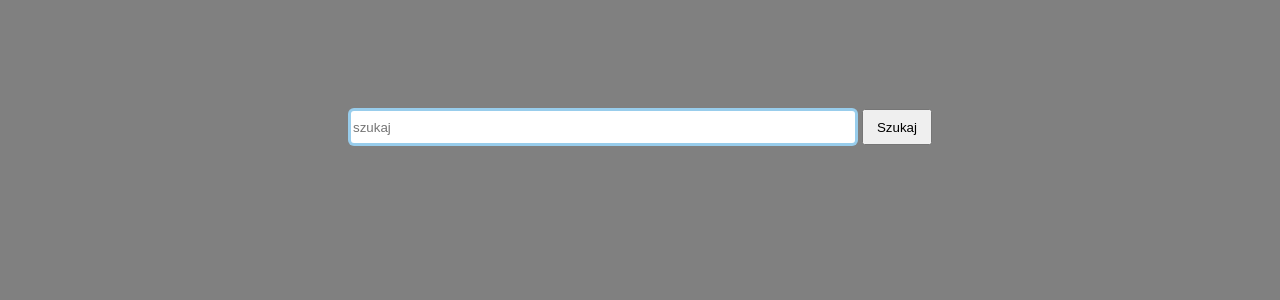
Repository: kq333/wyszukiarka-filmowa
Page: index.html
The author's editor kept a copy of each file at every save. The page is drawn from the files as they stood at one save, then again after the next save.
The browser window is 1280 px wide. The pictures show the whole page.
The style sheet was rebuilt from its Sass, Less or Tailwind sources for each picture, by a compiler version that may differ from the author's.

Above is the page before, as saved 2021-01-20 13:42:30.

After the next save:
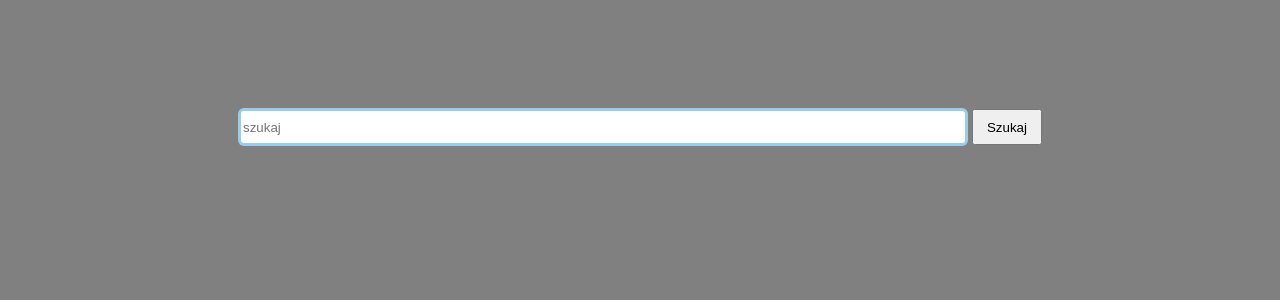
Saved 93 s later.
--- a/style/style.scss
+++ b/style/style.scss
@@ -45,7 +45,7 @@ body{
     margin-top:100px;
 
     #search{
-        width: 500px;
+        width: 100vh;
         height: 30px;
         border-radius: 6px;
         border:3px solid rgba(84, 172, 223, 0.6);
